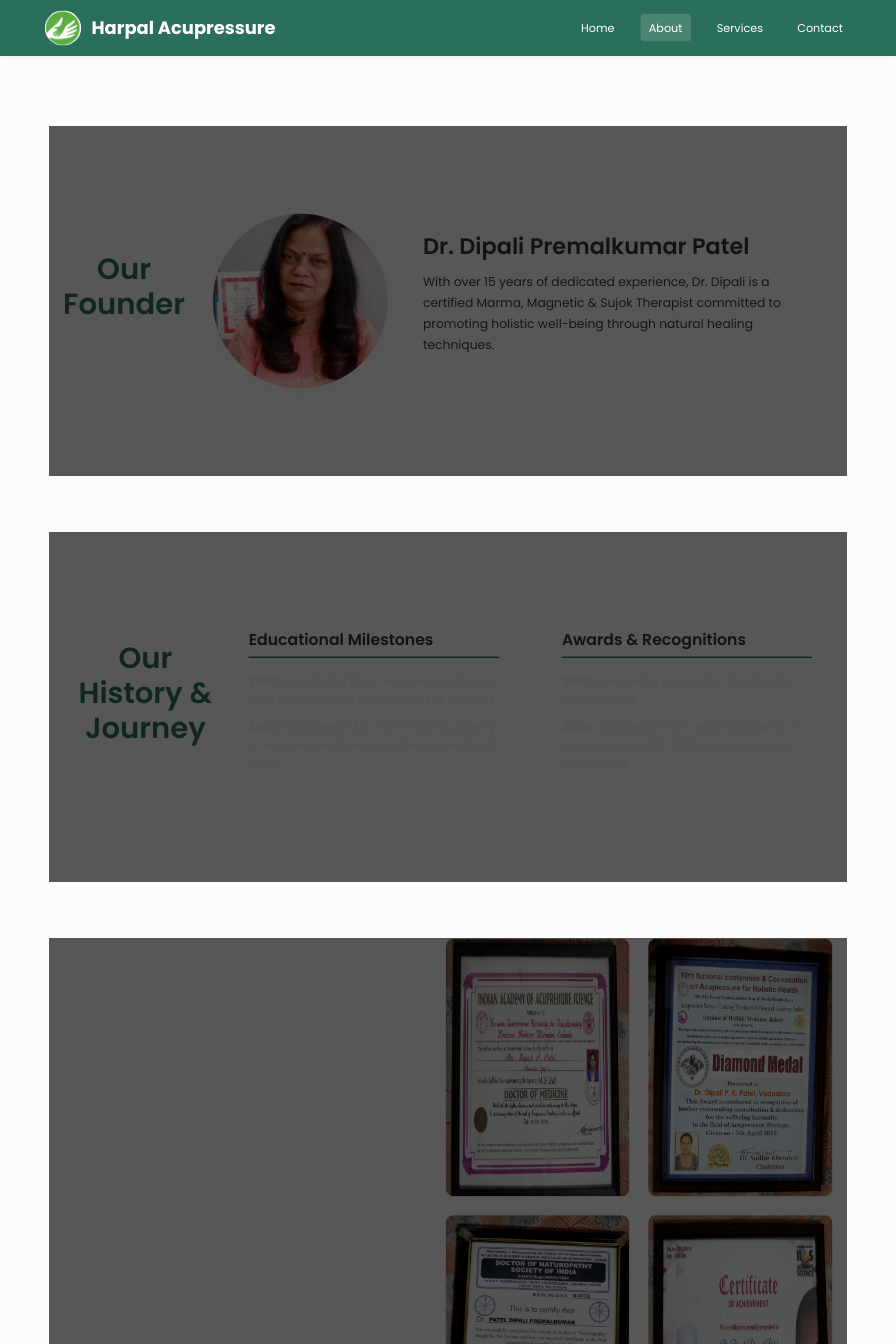
Repository: swasthiik/my-websites
Page: about.html
An editor plug-in stored every save of this project. The page is shown before and after the next save, followed by the edit.
The browser window is 1280 px wide. The pictures show the part of the page from y = 0 to 1920 px (the page is 6622 px tall), at 70% of full size.
Backgrounds fixed to the window are drawn as part of the page.

Above is the page before, as saved 2025-11-01 13:28:34.

### about.html
<!DOCTYPE html>
<html lang="en">
<head>
  <meta charset="utf-8" />
  <meta name="viewport" content="width=device-width,initial-scale=1" />
  <meta name="description" content="Meet Dr. Dipali Patel and learn about the history, journey, and achievements of Harpal Acupressure." />
  <title>About Us — Harpal Acupressure</title>

  <!-- Google Font -->
  <link href="https://fonts.googleapis.com/css2?family=Poppins:wght@300;400;500;600;700&display=swap" rel="stylesheet">

  <!-- Favicon -->
  <link rel="icon" href="images/logo.jpg">

  <!-- CSS -->
  <link rel="stylesheet" href="style.css">
  <link rel="stylesheet" href="about.css">
</head>

<body class="about-page">
  <!-- HEADER -->
  <header>
    <div class="header-left">
        <img src="images/logo.jpg" alt="Harpal Acupressure Logo" class="header-logo">
        <a href="index.html" class="brand-name">Harpal Acupressure</a>
    </div>
    <nav class="nav-menu" id="nav-menu" aria-label="Main navigation">
      <ul>
        <li><a href="index.html">Home</a></li>
        <li><a href="about.html" class="active">About</a></li>
        <li><a href="index.html#services">Services</a></li>
        <li><a href="contact.html">Contact</a></li>
      </ul>
    </nav>
    <button class="mobile-menu-button" id="menu-button" aria-label="Open Menu" aria-expanded="false">
        <span class="dot" aria-hidden="true"></span>
        <span class="dot" aria-hidden="true"></span>
        <span class="dot" aria-hidden="true"></span>
    </button>
  </header>

  <!-- MAIN CONTENT AREA -->
  <main>
    <!-- FOUNDER SECTION -->
    <section id="founder" class="about-content-section" aria-labelledby="founder-title">
      <h2 id="founder-title" class="section-title">Our Founder</h2>
      <div class="founder-card">
        <div class="founder-image">
          <img src="images/photo1.png" alt="Dr. Dipali Premalkumar Patel">
        </div>
        <div class="founder-details">
          <h3>Dr. Dipali Premalkumar Patel</h3>
          <p>With over 15 years of dedicated experience, Dr. Dipali is a certified Marma, Magnetic & Sujok Therapist committed to promoting holistic well-being through natural healing techniques.</p>
        </div>
      </div>
    </section>

    <!-- HISTORY & JOURNEY SECTION -->
    <section id="history" class="about-content-section" aria-labelledby="history-title">
      <h2 id="history-title" class="section-title">Our History & Journey</h2>
      <div class="history-grid">
        <div class="history-box">
            <h4>Educational Milestones</h4>
            <ul>
                <li><strong>2005:</strong> Completed Basic Acupressure Course from Indira Gandhi Open University (IGNOU).</li>
                <li><strong>2007:</strong> Completed M.D. from Indian Academy of Acupressure Science, Indore University, Sri Lanka.</li>
            </ul>
        </div>
        <div class="history-box">
            <h4>Awards & Recognitions</h4>
            <ul>
                <li><strong>2007:</strong> Gold Medal recognition by Charotar Moti Satyavis.</li>
                <li><strong>2009:</strong> Gold Medal from Indian Academy of Acupressure at 8th National Acupressure Conference.</li>
            </ul>
        </div>
      </div>
    </section>

    <!-- CERTIFICATES & AWARDS SECTION -->
    <section id="achievements" class="about-content-section" aria-labelledby="certificates-title">
      <h2 id="certificates-title" class="section-title">Achievements & Certifications</h2>
      <p class="section-subtitle">We are proud to showcase our milestones and recognitions in holistic wellness.</p>
      <div class="trophy-grid">
          <div class="trophy-card"><img src="images/crt1.jpg" alt="Certificate 1"></div>
          <div class="trophy-card"><img src="images/crt2.jpg" alt="Certificate 2"></div>
          <div class="trophy-card"><img src="images/crt3.jpg" alt="Certificate 3"></div>
          <div class="trophy-card"><img src="images/crt4.jpg" alt="Certificate 4"></div>
          <div class="trophy-card"><img src="images/crt5.jpg" alt="Certificate 5"></div>
          <div class="trophy-card"><img src="images/crt6.jpg" alt="Certificate 6"></div>
          <div class="trophy-card"><img src="images/crt7.jpg" alt="Certificate 7"></div>
          <div class="trophy-card"><img src="images/crt8.jpg" alt="Certificate 8"></div>
          <div class="trophy-card"><img src="images/crt9.jpg" alt="Certificate 9"></div>
          <div class="trophy-card"><img src="images/crt10.jpg" alt="Certificate 10"></div>
          <div class="trophy-card"><img src="images/crt11.jpg" alt="Certificate 11"></div>
          <div class="trophy-card"><img src="images/crt12.jpg" alt="Certificate 12"></div>
          <div class="trophy-card"><img src="images/crt13.jpg" alt="Certificate 13"></div>
          <div class="trophy-card"><img src="images/crt14.jpg" alt="Certificate 14"></div>
          <div class="trophy-card"><img src="images/crt16.jpg" alt="Certificate 16"></div>
          <div class="trophy-card"><img src="images/crt17.jpg" alt="Certificate 17"></div>
          <div class="trophy-card"><img src="images/crt18.jpg" alt="Certificate 18"></div>
          <div class="trophy-card"><img src="images/crt19.jpg" alt="Certificate 19"></div>
          <div class="trophy-card"><img src="images/crt20.jpg" alt="Certificate 20"></div>
          <div class="trophy-card"><img src="images/crt21.jpg" alt="Certificate 21"></div>
          <div class="trophy-card"><img src="images/crt22.jpg" alt="Certificate 22"></div>
          <div class="trophy-card"><img src="images/crt23.jpg" alt="Certificate 23"></div>
          <div class="trophy-card"><img src="images/crt24.jpg" alt="Certificate 24"></div>
          <div class="trophy-card"><img src="images/crt25.jpg" alt="Certificate 25"></div>
          <div class="trophy-card"><img src="images/crt26.jpg" alt="Certificate 26"></div>
          <div class="trophy-card"><img src="images/crt27.jpg" alt="Certificate 27"></div>
      </div>
    </section>
  </main>

  <!-- FOOTER -->
  <footer>
    <p>&copy; <span id="current-year"></span> Harpal Acupressure. All Rights Reserved.</p>
  </footer>

  <script src="main.js"></script>
</body>
</html>

### style.css
/* style.css */

/* ========================================= */
/* ==== LIGHT THEME COLOR PALETTE ==== */
/* ========================================= */
:root {
    --primary-color: #2A6F5B;
    --secondary-color: #22594A;
    --accent-color: #4A9080;
    --text-color-dark: #333333;
    --text-color-light: #FFFFFF;
    --bg-color: #F8F9FA;
    --glass-card-bg: rgba(255, 255, 255, 0.75); /* No longer used in the same way */
    --glass-card-border: rgba(0, 0, 0, 0.1);
    --glass-card-shadow: rgba(0, 0, 0, 0.08);
    --header-height: 80px;
}

/* =================================== */
/* ==== GENERAL BODY & TYPOGRAPHY ==== */
/* =================================== */
body { font-family: 'Poppins', sans-serif; margin: 0; color: var(--text-color-dark); line-height: 1.6; background-color: var(--bg-color); overflow-x: hidden; scroll-behavior: smooth; padding-top: var(--header-height); box-sizing: border-box; }
body.menu-open { overflow: hidden; }
body.menu-open::after { content: ''; position: fixed; inset: 0; background-color: rgba(0, 0, 0, 0.5); z-index: 1004; transition: opacity 0.4s ease; }
h1, h2, h3, h4, h5, h6 { font-weight: 700; margin-top: 0; margin-bottom: 0.5em; color: var(--text-color-dark); line-height: 1.2; }
a { text-decoration: none; color: var(--primary-color); transition: color 0.3s ease; }
a:hover { color: var(--secondary-color); }
.btn { display: inline-block; background-color: var(--primary-color); color: var(--text-color-light); padding: 12px 25px; border-radius: 30px; margin-top: 15px; transition: all 0.3s ease; font-weight: 600; border: none; text-align: center; cursor: pointer; font-size: 1rem; }
.btn:hover { background-color: var(--secondary-color); transform: translateY(-2px); box-shadow: 0 4px 15px rgba(0,0,0,0.15); }

/* ============================ */
/* ==== HEADER & FOOTER ==== */
/* ============================ */
header {
    background-color: var(--primary-color);
    color: var(--text-color-light);
    padding: 15px 5%;
    display: flex;
    justify-content: space-between;
    align-items: center;
    box-shadow: 0 2px 8px rgba(0,0,0,0.1);
    position: fixed;
    top: 0;
    left: 0;
    width: 100%;
    z-index: 1000;
    height: var(--header-height);
    box-sizing: border-box;
}
.header-left { display: flex; align-items: center; gap: 15px; }
.header-logo { height: 50px; width: auto; border-radius: 50%; }
.brand-name { color: var(--text-color-light); font-size: 1.6em; font-weight: 700; }
.brand-name:hover { color: var(--text-color-light); }
.nav-menu { display: flex; }
.nav-menu ul { list-style: none; margin: 0; padding: 0; display: flex; gap: 25px; }
.nav-menu a { color: var(--text-color-light); font-weight: 400; padding: 8px 12px; position: relative; transition: all 0.3s ease; border-radius: 5px; }
.nav-menu a:hover,
.nav-menu a.active { background-color: rgba(255, 255, 255, 0.15); }
.mobile-menu-button { display: none; flex-direction: column; justify-content: space-around; width: 30px; height: 25px; background: transparent; border: none; cursor: pointer; padding: 0; z-index: 1010; }
.mobile-menu-button .dot { width: 25px; height: 3px; background-color: var(--text-color-light); border-radius: 2px; transition: all 0.3s ease; }
footer { background-color: var(--secondary-color); color: var(--text-color-light); text-align: center; padding: 20px 5%; font-size: 0.9em; }

/* ============================ */
/* ==== HERO SECTION ==== */
/* ============================ */
#hero { background-image: url('images/background.jpg'); background-size: cover; background-position: center; height: calc(100vh - var(--header-height)); display: flex; justify-content: center; align-items: center; text-align: center; color: var(--text-color-light); position: relative; overflow: hidden; }
#hero::before { content: ''; position: absolute; inset: 0; background-color: rgba(0, 0, 0, 0.6); z-index: 0; }
.hero-overlay { z-index: 1; }
.hero-logo { width: 150px; height: 150px; border-radius: 50%; object-fit: cover; border: 4px solid var(--primary-color); margin-bottom: 25px; box-shadow: 0 6px 20px rgba(0,0,0,0.5); }
#hero h1 { font-size: 3.5em; color: var(--text-color-light); text-shadow: 1px 1px 4px rgba(0,0,0,0.7); }
#hero p { font-size: 1.3em; color: #f0f0f0; text-shadow: 1px 1px 3px rgba(0,0,0,0.7); }

/* ============================ */
/* ==== GENERAL SECTION STYLING ==== */
/* ============================ */
section { padding: 80px 5%; position: relative; background-attachment: fixed; background-size: cover; background-position: center; min-height: 500px; display: flex; align-items: center; justify-content: center; overflow: hidden; }
#about-home { background-image: url('images/background2.jpg'); }
#services { background-image: url('images/background3.jpg'); }
#contact-section-home { background-image: url('images/background5.jpg'); }
#contact-page { background-image: url('images/background5.jpg'); }

/* ==== MODIFIED: Changed the white overlay to a dark one for better readability ==== */
section::before {
    content: '';
    position: absolute;
    inset: 0;
    background-color: rgba(0, 0, 0, 0.65); /* Was rgba(255, 255, 255, 0.6) */
    z-index: 0;
}

/* ==== MODIFIED: Removed the glass card background and changed text to white ==== */
.glass-section .section-card {
    background: transparent; /* Was var(--glass-card-bg) */
    border-radius: 0;
    padding: 40px;
    box-shadow: none; /* Was 0 8px 32px 0 var(--glass-card-shadow) */
    backdrop-filter: none; /* Was blur(12px) */
    -webkit-backdrop-filter: none; /* Was blur(12px) */
    border: none; /* Was 1px solid var(--glass-card-border) */
    max-width: 1200px;
    width: 100%;
    z-index: 1;
    color: var(--text-color-light); /* Was var(--text-color-dark) */
    text-align: center;
    box-sizing: border-box;
    text-shadow: 1px 1px 3px rgba(0,0,0,0.5); /* Added for readability */
}

/* ==== MODIFIED: Changed heading color to white ==== */
.glass-section h2 {
    font-size: 2.8em;
    margin-bottom: 30px;
    color: var(--text-color-light); /* Was var(--primary-color) */
    text-shadow: 1px 1px 4px rgba(0,0,0,0.7); /* Added for readability */
}


/* ============================ */
/* ==== SERVICES & CONTACT ==== */
/* ============================ */
.services-grid { display: grid; grid-template-columns: repeat(auto-fit, minmax(280px, 1fr)); gap: 30px; margin-top: 40px; }

/* ==== MODIFIED: Made service cards transparent with a subtle border ==== */
.service-card {
    background: rgba(0, 0, 0, 0.2); /* Was rgba(255, 255, 255, 0.85) */
    border-radius: 12px;
    overflow: hidden;
    box-shadow: none; /* Was 0 6px 20px 0 var(--glass-card-shadow) */
    border: 1px solid rgba(255, 255, 255, 0.2); /* Changed to a light border */
    transition: transform 0.3s ease, background-color 0.3s ease;
    text-align: left;
    display: flex;
    flex-direction: column;
}

.service-card:hover {
    transform: translateY(-8px);
    background-color: rgba(0, 0, 0, 0.3);
}

.service-card img { width: 100%; height: 200px; object-fit: cover; display: block; border-bottom: 1px solid rgba(255, 255, 255, 0.1); }
.service-card .svc-body { padding: 20px; flex-grow: 1; }

/* ==== MODIFIED: Changed service text colors to be light ==== */
.service-card .svc-title {
    font-size: 1.4em;
    font-weight: 600;
    color: var(--text-color-light); /* Was var(--secondary-color) */
    margin-bottom: 10px;
}
.service-card .svc-text {
    font-size: 0.95em;
    color: #e0e0e0; /* Was #555555 */
    line-height: 1.5;
}

/* ==== MODIFIED: Changed contact section text to be light ==== */
.contact-left h3, .contact-center h3, .quick-links h4 {
    color: var(--text-color-light);
}
.quick-links a { color: #dddddd; }
.final-line { color: var(--accent-color); border-top: 1px solid rgba(255,255,255,0.2); }
#contact-section-home .social-btns img { width: 60px; height: 60px; transition: transform 0.3s ease; border-radius: 12px; }
#contact-section-home .social-btns img:hover { transform: scale(1.1); }


/* ============================ */
/* ==== MOBILE & RESPONSIVE ==== */
/* ============================ */
@media (max-width: 992px) {
    header { justify-content: space-between; }
    .mobile-menu-button { display: flex; }
    .nav-menu { display: none; flex-direction: column; position: fixed; top: var(--header-height); left: 0; width: 100%; height: calc(100vh - var(--header-height)); background-color: var(--primary-color); transform: translateX(100%); transition: transform 0.4s ease-in-out; z-index: 1005; overflow-y: auto; }
    .nav-menu[aria-hidden="false"] { display: flex; transform: translateX(0); }
    .nav-menu ul { flex-direction: column; align-items: center; padding: 20px 0; }
    .nav-menu ul li { margin: 10px 0; width: 100%; text-align: center; }
    .nav-menu ul li a { display: block; padding: 15px 20px; font-size: 1.2em; border-bottom: 1px solid rgba(255, 255, 255, 0.1); color: white; }
    .nav-menu ul li:last-child a { border-bottom: none; }
    .nav-menu ul li a:hover, .nav-menu ul li a.active { background-color: var(--secondary-color); color: var(--text-color-light); }
}
@media (max-width: 768px) {
    #hero h1 { font-size: 2.5em; }
    #hero p { font-size: 1em; }
    .hero-logo { width: 120px; height: 120px; }
    .glass-section h2 { font-size: 2em; }
    .glass-section .section-card { padding: 30px; }
    .about-content-grid, .contact-section-home .inner, #contact-page .inner { grid-template-columns: 1fr; text-align: center; }
    .services-grid { grid-template-columns: 1fr; }
    .social-btns, .btn-area { justify-content: center; }
    .brand-name { font-size: 1.3em; }
    .header-logo { height: 40px; }
}
@media (max-width: 480px) {
    header { padding: 10px 3%; }
    #hero h1 { font-size: 2em; }
    #hero p { font-size: 0.9em; }
    .hero-logo { width: 100px; height: 100px; }
    section { padding: 60px 3%; }
    .glass-section .section-card { padding: 25px; }
    .glass-section h2 { font-size: 1.8em; }
    .contact-left h3, .contact-center h3, .quick-links h4 { font-size: 1.4em; }
    .brand-name { display: none; }
}

### about.css
/* about.css - Clean, Simple, and White Professional Design */

/* =================================== */
/* ==== 1. PAGE SETUP & BACKGROUND ==== */
/* =================================== */

body.about-page {
  /* A simple and clean white background */
  background-color: #fdfbfb;
}

main {
  /* Adds space between the header and the start of the content */
  padding-top: 100px;
}

/* =================================== */
/* ==== 2. GENERAL SECTION STYLES ==== */
/* =================================== */

.about-content-section {
  max-width: 1100px; /* Limits the width of all content */
  margin: 0 auto 80px auto; /* Centers content and adds space below each section */
  padding: 0 20px; /* Adds space on the left and right */
}

.section-title {
  text-align: center;
  font-size: 2.6em;
  font-weight: 600;
  color: #2A6F5B; /* Your primary brand color */
  margin-bottom: 40px;
}

.section-subtitle {
  text-align: center;
  font-size: 1.1em;
  color: #555;
  max-width: 700px;
  margin: -20px auto 40px auto; /* Pulls subtitle closer to the title */
}


/* =================================== */
/* ==== 3. FOUNDER SECTION ==== */
/* =================================== */

.founder-card {
  display: flex;
  align-items: center;
  gap: 50px;
  background-color: #f9f9f9; /* A very light grey box for the founder */
  padding: 40px;
  border-radius: 16px;
}

.founder-image {
  flex: 0 0 250px; /* Fixed width for the image */
  height: 250px;
}

.founder-image img {
  width: 100%;
  height: 100%;
  object-fit: cover;
  border-radius: 50%; /* Makes the founder image a circle */
  box-shadow: 0 5px 20px rgba(245, 240, 240, 0.1);
}

.founder-details {
  flex: 1; /* Text takes up the remaining space */
}

.founder-details h3 {
  font-size: 2em;
  font-weight: 600;
  color: #383737;
  margin: 0 0 15px 0;
}

.founder-details p {
  font-size: 1.1em;
  line-height: 1.7;
  color: #3b3a3a;
}

/* ======================================================= */
/* ==== 4. HISTORY & JOURNEY (TITLE IS NOW ABOVE) ==== */
/* ======================================================= */

.history-grid {
  display: grid;
  grid-template-columns: 1fr 1fr; /* Two equal columns */
  gap: 30px;
}

.history-box {
  background-color: #f9f9f9; /* Matches the founder section box */
  padding: 30px;
  border-radius: 12px;
}

.history-box h4 {
  font-size: 1.4em;
  font-weight: 600;
  color: #333;
  margin: 0 0 20px 0;
  border-bottom: 2px solid #2A6F5B;
  padding-bottom: 10px;
}

.history-box ul {
  list-style: none;
  padding-left: 0;
}

.history-box li {
  margin-bottom: 15px;
  font-size: 1em;
  color: #f1ecec;
  line-height: 1.6;
}

/* =================================== */
/* ==== 5. CERTIFICATES SECTION ==== */
/* =================================== */

.trophy-grid {
  display: grid;
  grid-template-columns: repeat(auto-fit, minmax(200px, 1fr));
  gap: 25px;
}

.trophy-card {
  border-radius: 12px;
  overflow: hidden;
  border: 1px solid #e9e9e9;
  transition: transform 0.3s ease, box-shadow 0.3s ease;
}

.trophy-card:hover {
  transform: translateY(-5px);
  box-shadow: 0 8px 20px rgba(0, 0, 0, 0.07);
}

.trophy-card img {
  width: 100%;
  height: 100%;
  display: block;
}


/* =================================== */
/* ==== 6. RESPONSIVE DESIGN ==== */
/* =================================== */

@media (max-width: 768px) {
  .founder-card {
    flex-direction: column; /* Stack image on top of text */
    text-align: center;
    gap: 25px;
  }

  .founder-image {
    width: 200px; /* Make circle smaller on mobile */
    height: 200px;
  }

  .history-grid {
    grid-template-columns: 1fr; /* Stack history boxes */
  }
}

@media (max-width: 480px) {
  .section-title {
    font-size: 2.2em;
  }
  .trophy-grid {
    grid-template-columns: repeat(auto-fit, minmax(140px, 1fr));
  }
}

Loaded but not shown: main.js (70 lines, source omitted)

After the next save:
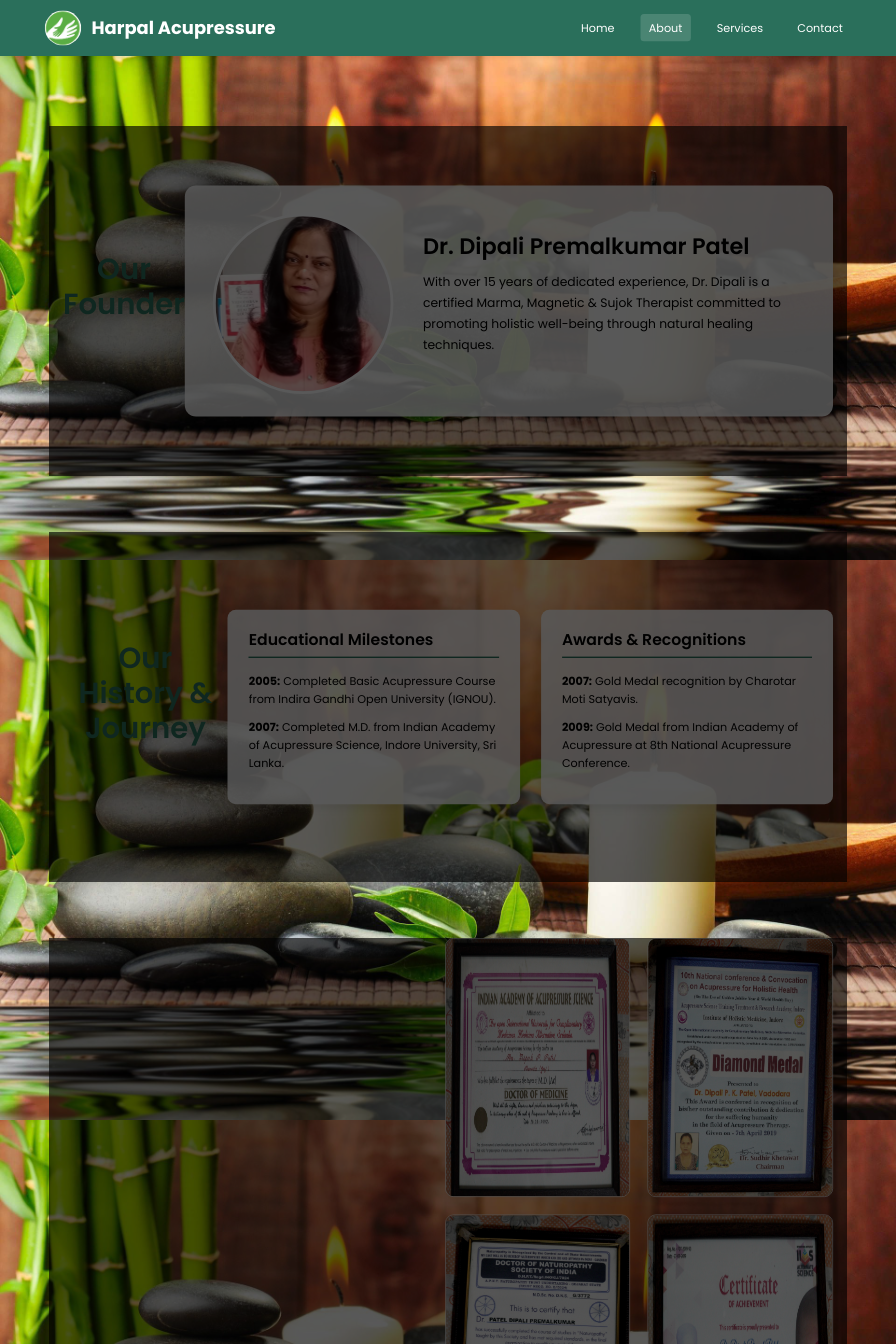
Saved 46 min 56 s later.
--- a/about.css
+++ b/about.css
@@ -5,8 +5,12 @@
 /* =================================== */
 
 body.about-page {
-  /* A simple and clean white background */
-  background-color: #fdfbfb;
+  /* Set your background image */
+  background-image: url('images/background2.jpg');
+  background-size: cover; /* Ensures the image covers the entire background */
+  background-position: center; /* Centers the image */
+  background-attachment: fixed; /* Keeps the background image in place while scrolling */
+  color: black; /* Default font color for the page */
 }
 
 main {
@@ -35,7 +39,7 @@ main {
 .section-subtitle {
   text-align: center;
   font-size: 1.1em;
-  color: #555;
+  color: black;
   max-width: 700px;
   margin: -20px auto 40px auto; /* Pulls subtitle closer to the title */
 }
@@ -49,9 +53,11 @@ main {
   display: flex;
   align-items: center;
   gap: 50px;
-  background-color: #f9f9f9; /* A very light grey box for the founder */
+  /* Semi-transparent white background to ensure text is readable */
+  background-color: rgba(255, 255, 255, 0.85);
   padding: 40px;
   border-radius: 16px;
+  box-shadow: 0 4px 15px rgba(0,0,0,0.1); /* Optional: Adds a subtle shadow */
 }
 
 .founder-image {
@@ -64,7 +70,7 @@ main {
   height: 100%;
   object-fit: cover;
   border-radius: 50%; /* Makes the founder image a circle */
-  box-shadow: 0 5px 20px rgba(245, 240, 240, 0.1);
+  border: 4px solid white;
 }
 
 .founder-details {
@@ -74,14 +80,14 @@ main {
 .founder-details h3 {
   font-size: 2em;
   font-weight: 600;
-  color: #383737;
+  color: black;
   margin: 0 0 15px 0;
 }
 
 .founder-details p {
   font-size: 1.1em;
   line-height: 1.7;
-  color: #3b3a3a;
+  color: black;
 }
 
 /* ======================================================= */
@@ -95,15 +101,17 @@ main {
 }
 
 .history-box {
-  background-color: #f9f9f9; /* Matches the founder section box */
+  /* Semi-transparent white background to match the founder section */
+  background-color: rgba(255, 255, 255, 0.85);
   padding: 30px;
   border-radius: 12px;
+  box-shadow: 0 4px 15px rgba(0,0,0,0.1); /* Optional: Adds a subtle shadow */
 }
 
 .history-box h4 {
   font-size: 1.4em;
   font-weight: 600;
-  color: #333;
+  color: black;
   margin: 0 0 20px 0;
   border-bottom: 2px solid #2A6F5B;
   padding-bottom: 10px;
@@ -117,7 +125,7 @@ main {
 .history-box li {
   margin-bottom: 15px;
   font-size: 1em;
-  color: #f1ecec;
+  color: black;
   line-height: 1.6;
 }
 
